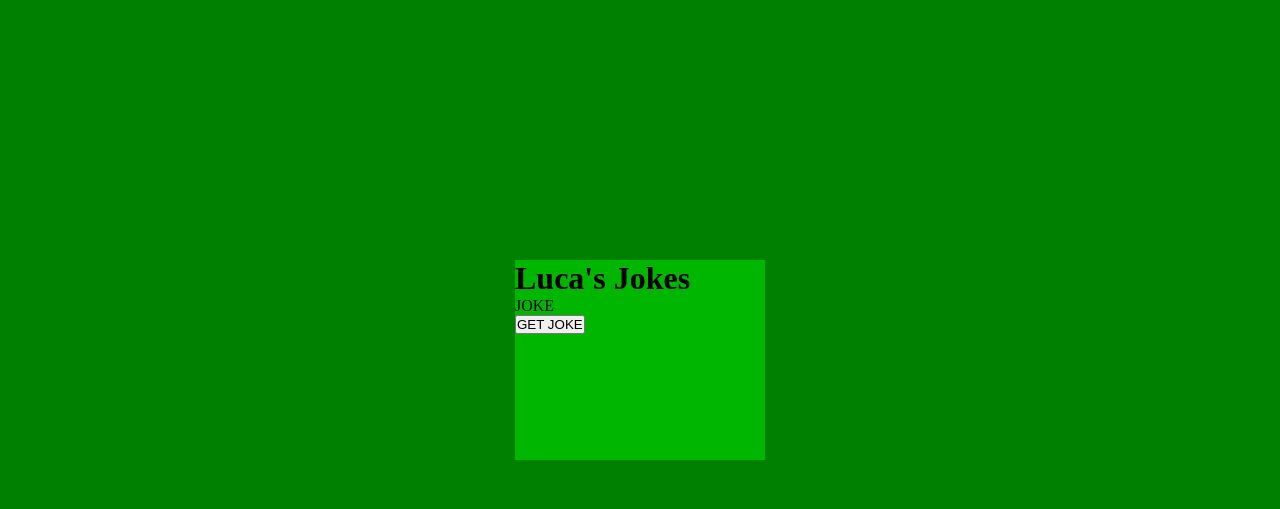
Repository: SerbanLuca/ChuckNorrisJokes-app
Page: /
An editor plug-in stored every save of this project. The page is shown before and after the next save, followed by the edit.
The browser window is 1280 px wide. The pictures show the whole page.
The project was rebuilt for these pictures with package versions that can differ from the ones it lists, and the page was loaded fresh each time.

Above is the page before, as saved 2021-04-07 13:47:51.

### src/App.js
import './App.css';
import React, {useState, useEffect} from 'react';

const API_KEY = `https://api.chucknorris.io/jokes/random`;

function App() {

  return (
    <>
      <div className="container">
        <h1>Luca's Jokes</h1>
        <p>JOKE</p>
        <button className="button">GET JOKE</button>
      </div>
    </>
  );
}

export default App;

### src/App.css
*
{
  box-sizing:border-box;
  padding: 0;
  margin: 0;
}

#root
{
  display: flex;
  justify-content: center;
  align-items: center;
  min-height: 100vh;

}

.container
{
  background-color: rgb(0, 182, 0);
  width: 250px;
  height: 200px;
  box-shadow: 3px;
}

body
{
  background-color: green;
}

Loaded but not shown: public/index.html (common file); src/index.js (common file)

After the next save:
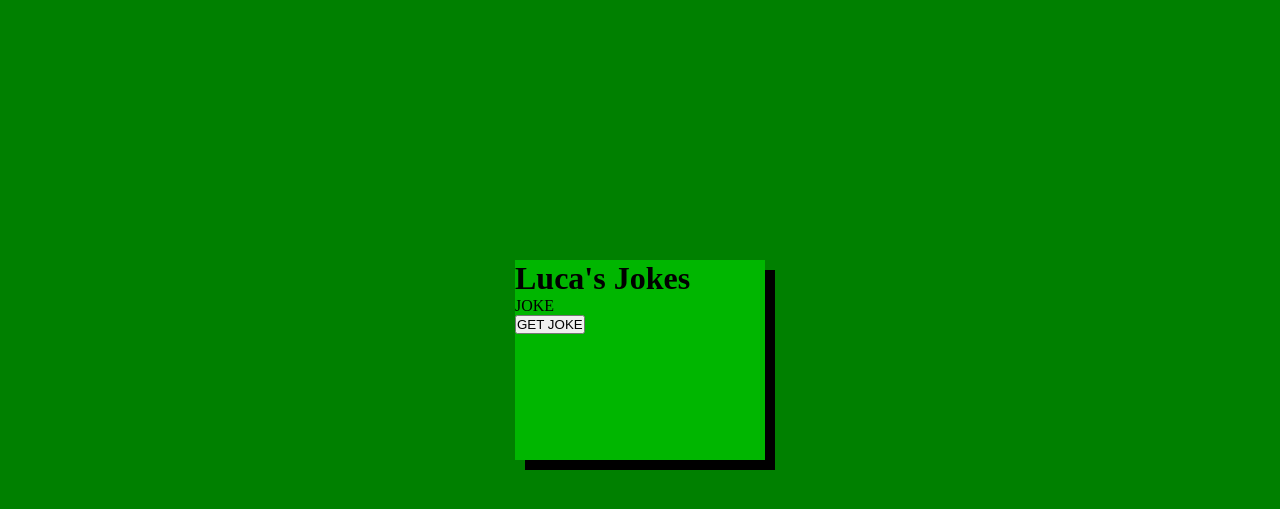
Saved 5 s later.
--- a/src/App.css
+++ b/src/App.css
@@ -19,7 +19,7 @@
   background-color: rgb(0, 182, 0);
   width: 250px;
   height: 200px;
-  box-shadow: 3px;
+  box-shadow: 10px 10px;
 }
 
 body

After the save that followed:
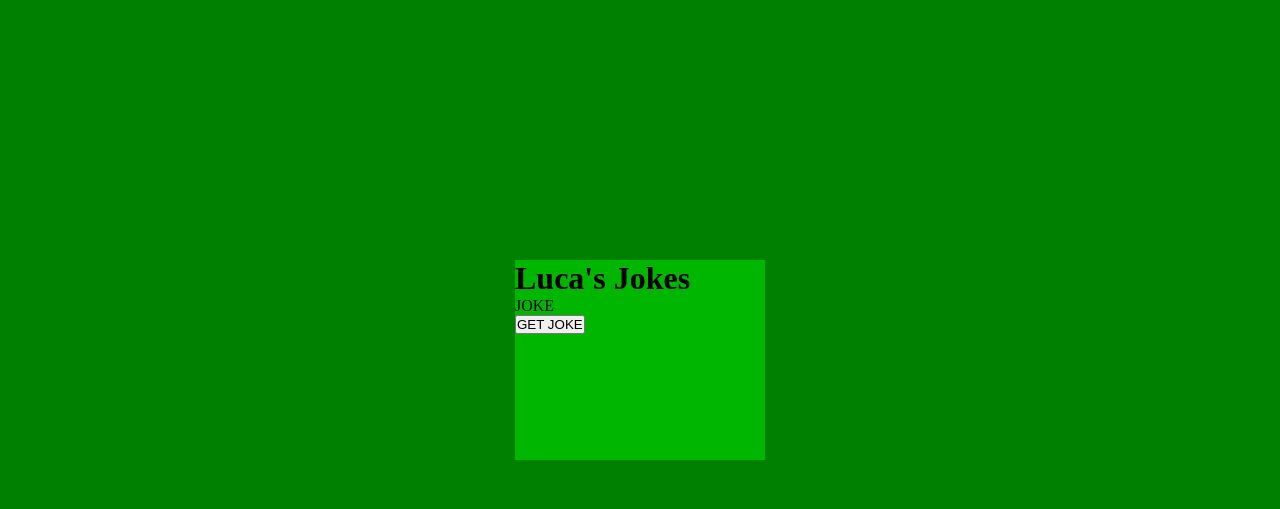
Saved 6 s later.
--- a/src/App.css
+++ b/src/App.css
@@ -19,7 +19,7 @@
   background-color: rgb(0, 182, 0);
   width: 250px;
   height: 200px;
-  box-shadow: 10px 10px;
+  box-shadow: 10px 10px rgba;
 }
 
 body
